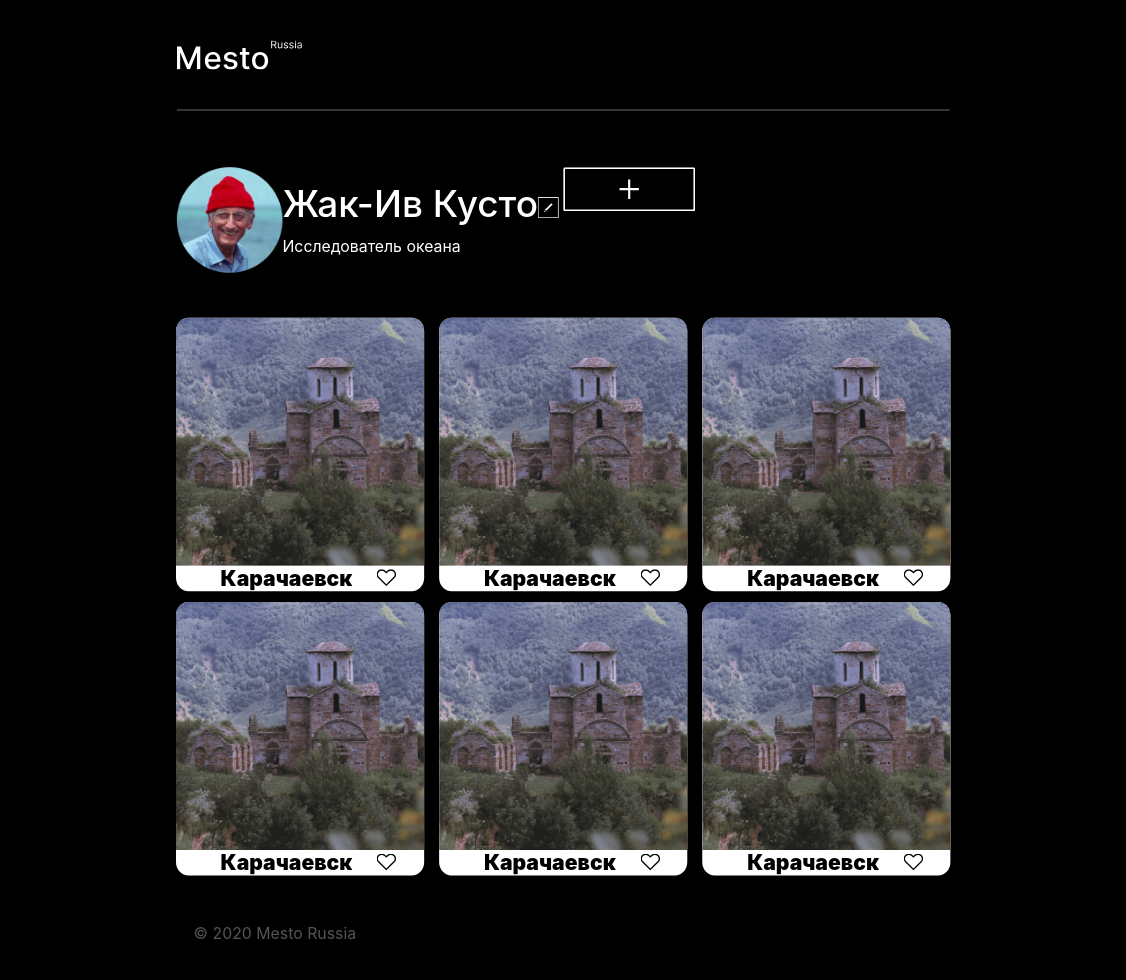
Repository: Ivan2399/mesto-project
Page: index.html
An editor plug-in stored every save of this project. The page is shown before and after the next save, followed by the edit.
The browser window is 1280 px wide. The pictures show the whole page, at 88% of full size.

Above is the page before, as saved 2021-11-16 18:37:42.

### index.html
<!DOCTYPE html>
<html lang="ru">

<head>
    <meta charset="UTF-8">
    <meta http-equiv="X-UA-Compatible" content="IE=edge">
    <meta name="viewport" content="width=device-width, initial-scale=1.0">
    <link rel="stylesheet" href="./pages/index.css" />
    <title>Mesto</title>
</head>

<body class="root">
    <div class="page">
        <header class="header">
            <div class="header__container">
                <img class="header__logo" src="images/logo/Vector.svg" alt="Логотип">
                <div class="header__line"></div>
            </div>
        </header>
        <main class="content">
            <section class="profile profile__container_mobile">

                <div class="profile__container">
                    <img class="profile__avatar" src="images/avatar/Avatar.png" alt="Аватарка">
                    <h2 class="profile__nickname">Жак-Ив Кусто<button class="profile__buttons_type_editig"></button>
                        <p class="profile__hobbyname">Исследователь океана</p>
                    </h2>

                </div>

                <div>
                    <button class="profile__buttons_type_add"></button>
                </div>

            </section>
            <section class="table">
                <div class="table__container table__container_mobile">
                    <div class="table__card">
                        <img class="table__image" src="images/table/Karachaevsk.png" alt="Крепость">
                        <h2 class="table__title">Карачаевск <img class="table__button table__button_active"
                                src="images/buttons/Vector.svg" alt="Лайк"></h2>
                    </div>
                    <div class="table__card">
                        <img class="table__image" src="images/table/Karachaevsk.png" alt="Крепость">
                        <h2 class="table__title">Карачаевск <img class="table__button table__button_active"
                                src="images/buttons/Vector.svg" alt="Лайк"></h2>
                    </div>
                    <div class="table__card">
                        <img class="table__image" src="images/table/Karachaevsk.png" alt="Крепость">
                        <h2 class="table__title">Карачаевск <img class="table__button table__button_active"
                                src="images/buttons/Vector.svg" alt="Лайк"></h2>
                    </div>
                    <div class="table__card">
                        <img class="table__image" src="images/table/Karachaevsk.png" alt="Крепость">
                        <h2 class="table__title">Карачаевск <img class="table__button table__button_active"
                                src="images/buttons/Vector.svg" alt="Лайк"></h2>
                    </div>
                    <div class="table__card">
                        <img class="table__image" src="images/table/Karachaevsk.png" alt="Крепость">
                        <h2 class="table__title">Карачаевск <img class="table__button table__button_active"
                                src="images/buttons/Vector.svg" alt="Лайк"></h2>
                    </div>
                    <div class="table__card">
                        <img class="table__image" src="images/table/Karachaevsk.png" alt="Крепость">
                        <h2 class="table__title">Карачаевск <img class="table__button table__button_active"
                                src="images/buttons/Vector.svg" alt="Лайк"></h2>
                    </div>
                </div>
            </section>
            <section class="footer">
                <h2 class="footer__logo">© 2020 Mesto Russia</h2>
            </section>
        </main>
    </div>
</body>

</html>

### pages/index.css
@import url(../blocks/root/root.css);
@import url(../blocks/page/page.css);
@import url(../blocks/content/content.css);

/* header */

@import url(../blocks/header/header.css);
@import url(../blocks/header/__container/header__container.css);
@import url(../blocks/header/__logo/header__logo.css);
@import url(../blocks/header/__line/header__line.css);

/* profile */

@import url(../blocks/profile/profile.css);
@import url(../blocks/profile/__avatar/profile__avatar.css);
@import url(../blocks/profile/__container/profile__container.css);
@import url(../blocks/profile/__buttons/profile__buttons.css);
@import url(../blocks/profile/__buttons/_type/profile__buttons_type_add.css);
@import url(../blocks/profile/__buttons/_type/profile__buttons_type_editig.css);
@import url(../blocks/profile/__hobbyname/profile__hobbyname.css);
@import url(../blocks/profile/__nickname/profile__nickname.css);
@import url(../blocks/profile/__container/_mobile/profile__container_mobile.css);

/* table */

@import url(../blocks/table/table.css);
@import url(../blocks/table/__button/table__button.css);
@import url(../blocks/table/__card/table__card.css);
@import url(../blocks/table/__container/table__container.css);
@import url(../blocks/table/__image/table__image.css);
@import url(../blocks/table/__title/table__title.css);
@import url(../blocks/table/__container/_mobile/table__container_mobile.css);
@import url(../blocks/table/__button/_active/table__button_active.css);

/* footer */

@import url(../blocks/footer/footer.css);
@import url(../blocks/footer/__logo/footer__logo.css);

### images/buttons/Vector.svg
<svg width="22" height="19" viewBox="0 0 22 19" fill="none" xmlns="http://www.w3.org/2000/svg">
<path d="M20.2991 9.78586C22.567 7.54338 22.567 3.90213 20.2991 1.68186C18.0311 -0.560619 14.3486 -0.560619 12.0806 1.68186L10.9804 2.792L9.88007 1.70406C7.61215 -0.560619 3.92957 -0.560619 1.6841 1.68186C0.583822 2.76979 0 4.21297 0 5.74496C0 7.27695 0.606277 8.72013 1.6841 9.80806L10.9804 19L20.2991 9.78586ZM1.4371 5.74496C1.4371 4.59042 1.8862 3.52469 2.71702 2.72539C3.5703 1.88168 4.67058 1.45983 5.77086 1.45983C6.87114 1.45983 7.97142 1.88168 8.8247 2.72539L10.9804 4.83465L13.136 2.70318C14.8201 1.03798 17.582 1.03798 19.2437 2.70318C20.0521 3.50248 20.5236 4.56821 20.5236 5.72276C20.5236 6.8773 20.0745 7.94303 19.2437 8.74233L10.9804 16.9351L2.71702 8.76453C1.90865 7.94303 1.4371 6.8773 1.4371 5.74496Z" fill="black"/>
</svg>

### blocks/root/root.css
.root{
    margin: 0;
    padding: 0;
    font-family: "Inter";
    color: #FFFFFF;
}
h1,h2,h3,h4,h5,h6,p{
    margin: 0;
    padding: 0;
    font-family: "Inter";
    color: #FFFFFF;
}

### blocks/page/page.css
.page {
  background-color: #000000;
  max-width: 1280px;
  margin: auto;
}

### blocks/header/header.css
.header{
    display: grid;
}

### blocks/header/__container/header__container.css
.header__container {
  margin: 0 15.7% 0 15.7%;
  max-width: 880px;
  width: 68.6%;
}

### blocks/header/__logo/header__logo.css
.header__logo{
    margin: 5.2% 0 4.7% 0;
}
@media screen and (min-width:300px) and (max-width:600px){
    .header__logo{
        width:103.74px;
        height:24.24px;
    }
}

### blocks/header/__line/header__line.css
.header__line{
    border: 1px solid #545454;
    opacity: 0.7;
}

### blocks/profile/profile.css
.profile {
  display: grid;
  margin: 5% 15.7% 0 15.7%;
  max-width: 880px;
  width: 68.6%;

}

### blocks/profile/__avatar/profile__avatar.css
.profile__avatar{

}

### blocks/profile/__container/profile__container.css
.profile__container {
  display: flex;
  align-items: center;
  flex-direction: row;
  flex-wrap: wrap;
}

### blocks/profile/__buttons/profile__buttons.css
.profile__buttons{
    display: flex;
    flex-direction: row;
    justify-content: space-between;
    align-items: center;
}

### blocks/profile/__buttons/_type/profile__buttons_type_add.css
.profile__buttons_type_add {
  width: 150px;
  height: 50px;
  background-image: url(../../../../images/buttons/Add\ Button.svg);
  background-color: black;
  border: none;
  background-size: cover;
  background-repeat: no-repeat;

  margin-bottom: 6.7%;
}
.profile__buttons_type_add:hover {
  opacity: 0.6;
  border: 2px solid #ffffff;
  box-sizing: border-box;
  border-radius: 2px;
}

### blocks/profile/__buttons/_type/profile__buttons_type_editig.css
.profile__buttons_type_editig {
  width: 24px;
  height: 24px;
  background-image: url(../../../../images/buttons/Edit\ Button.svg);
  background-color: black;
  border: none;
  background-size: cover;
  background-repeat: no-repeat;
  margin-bottom: 6.7%;
  grid-column: 2;
  grid-row: 1;
}
.profile__buttons_type_editig:hover {
  border: 1px solid #ffffff;
  box-sizing: border-box;
}

### blocks/profile/__hobbyname/profile__hobbyname.css
.profile__hobbyname {
  font-style: normal;
  font-weight: normal;
  font-size: 18px;
  line-height: 22px;
  grid-column: 2;
}

### blocks/profile/__nickname/profile__nickname.css
.profile__nickname {
  font-style: normal;
  font-weight: 500;
  font-size: 42px;
  line-height: 48px;
}

### blocks/profile/__container/_mobile/profile__container_mobile.css
.profile__container_mobile{
    grid-template-columns: repeat(auto-fit,minmax(200px,1fr));
}

### blocks/table/table.css
.table{
    max-width:880px;
    margin:4% auto 0;
}

### blocks/table/__button/table__button.css
.table__button {
  width: 22px;
  height: 19px;
  /* background-image: url(../../../images/buttons/Vector.svg);
  border: none;
  background-color: white;
  background-size: cover;
  background-repeat: no-repeat; */
  align-self: flex-end;
  margin-left: 10%;
}
.table__button:hover {
  color: #000000;
  opacity: 0.5;
}

### blocks/table/__card/table__card.css
.table__card{
    max-width: 282px;
    background-color: white;

    border-radius: 5%;

    display: flex;
    flex-direction: column;
}

### blocks/table/__container/table__container.css
.table__container{
    display: grid;
    grid-template-columns: repeat(3,1fr);
    gap:2%;
}

### blocks/table/__image/table__image.css
.table__image{
    max-width: 282px;
    max-height: 282px;
    border-radius: 5% 5% 0 0 ;
}

### blocks/table/__title/table__title.css
.table__title {
  max-width: 246px;
  font-style: normal;
  font-weight: 900;
  font-size: 24px;
  line-height: 29px;

  margin-left: 18%;
  color: #000000;
}

### blocks/table/__container/_mobile/table__container_mobile.css
.table__container_mobile{
    grid-template-columns: repeat(auto-fit, minmax(280px, 1fr));
}

### blocks/table/__button/_active/table__button_active.css
.table__button_active:active{
    background-image: url(../../../../images/buttons/Union.png);
    color: black;
}

### blocks/footer/footer.css
.footer{
    max-width: 840px;
    margin: auto;
}

### blocks/footer/__logo/footer__logo.css
.footer__logo {
  font-style: normal;
  font-weight: normal;
  font-size: 18px;
  line-height: 22px;

  color: #545454;
  margin-top: 8%;
  padding-bottom: 5%;
}

Loaded but not shown: blocks/content/content.css (no stored copy; drawn as an empty file)

After the next save:
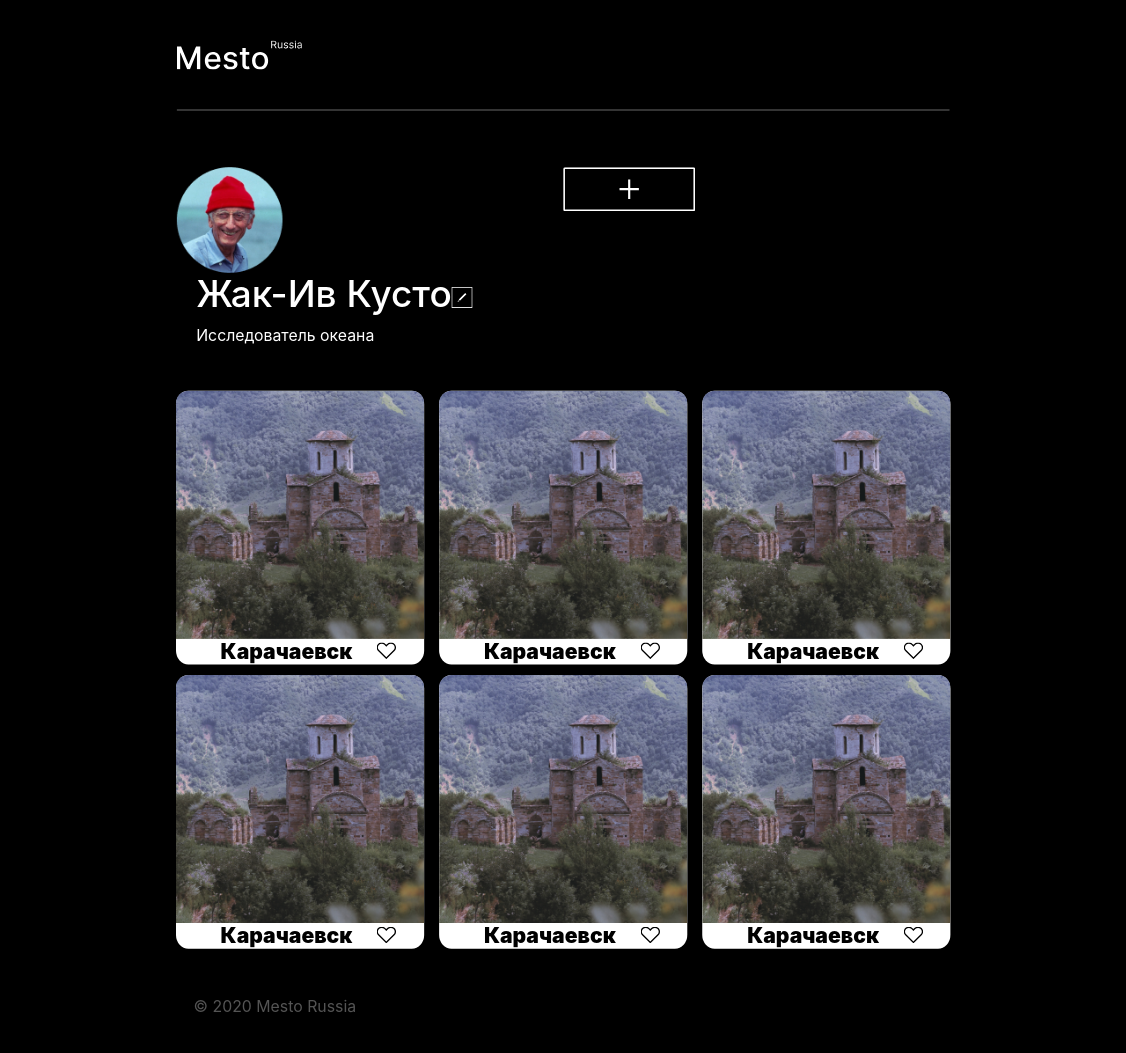
Saved 33 s later.
--- a/blocks/profile/__nickname/profile__nickname.css
+++ b/blocks/profile/__nickname/profile__nickname.css
@@ -3,4 +3,5 @@
   font-weight: 500;
   font-size: 42px;
   line-height: 48px;
+  margin-left: 5%;
 }
